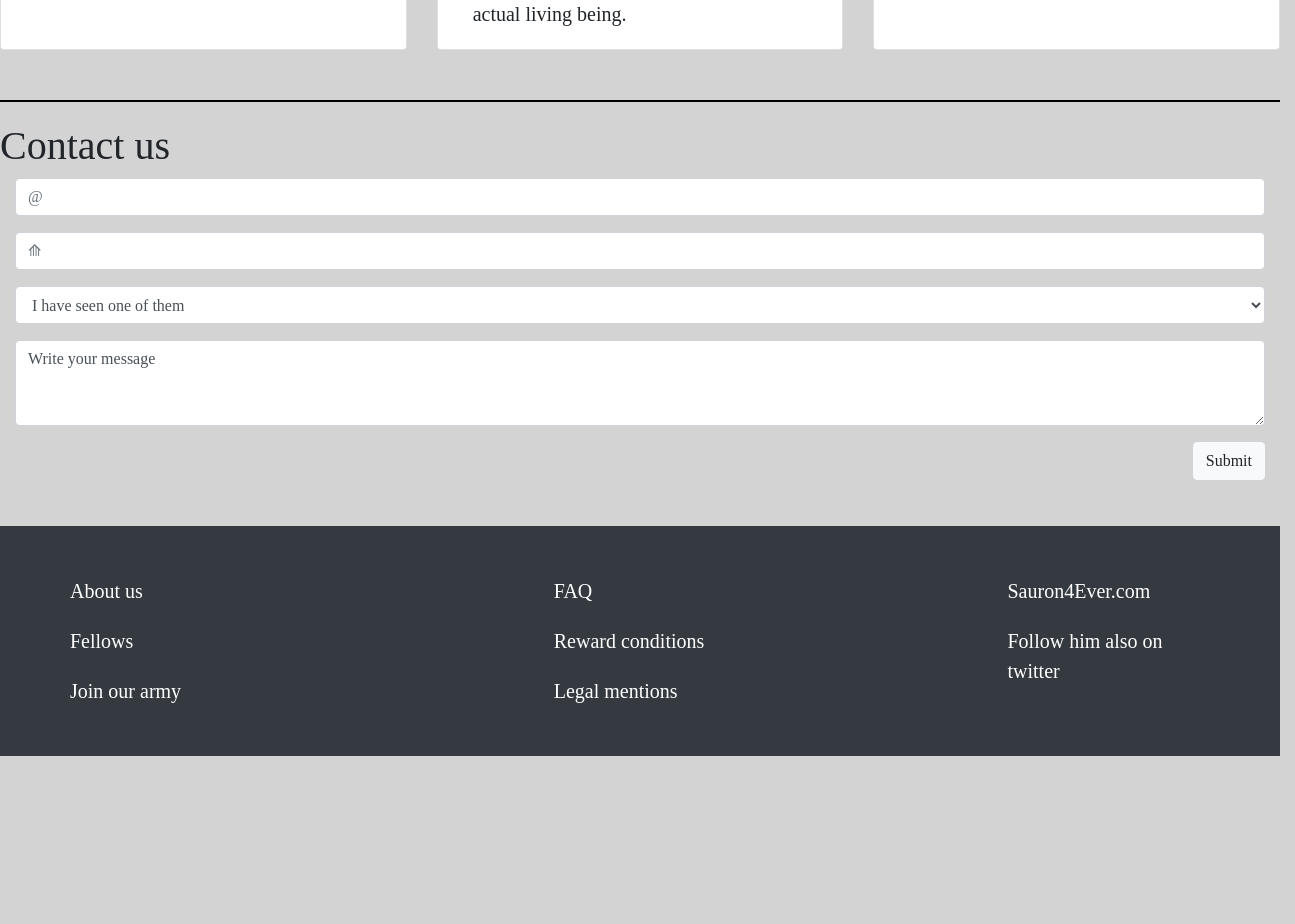
Repository: Khaleddwm/FindThePrecious
Page: index.html
The author's editor kept a copy of each file at every save. The page is drawn from the files as they stood at one save, then again after the next save.
The browser window is 1280 px wide. The page is 1295 px wide, so the pictures cover 1295 px, including what lies to the right of the window. The pictures show the part of the page from y = 1810 to 2734 px (the page is 2734 px tall).
Some web fonts or font styles are not loaded; a fallback is used.

Above is the page before, as saved 2020-05-25 01:01:41.

After the next save:
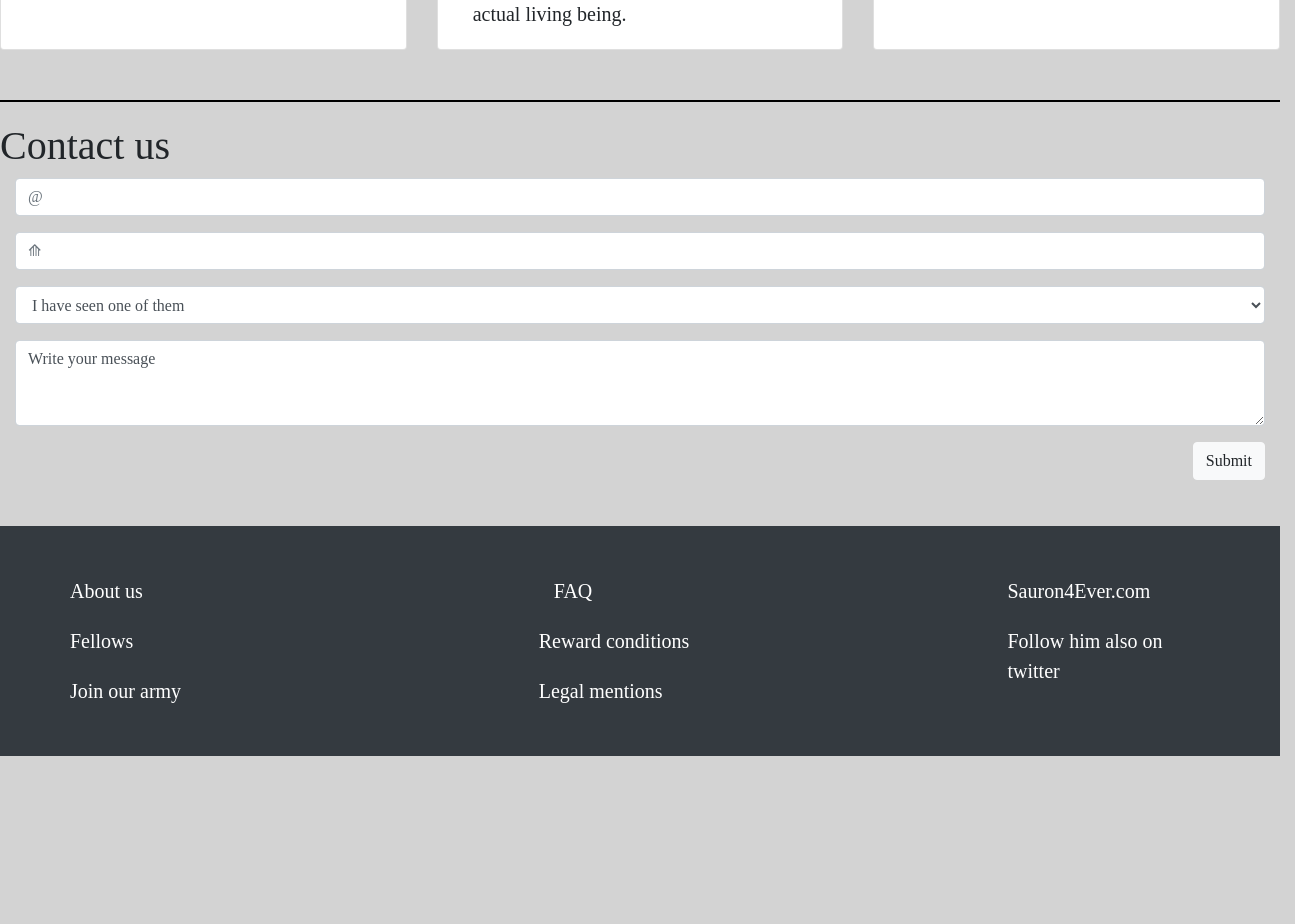
Saved 44 s later.
--- a/index.html
+++ b/index.html
@@ -141,8 +141,8 @@
                     </ul>
                 </div>
                 <div class=" col-xl-3">
-                    <ul class="nav-list col-md-12">
-                        <li><a href="#">FAQ</a></li>
+                    <ul class="nav-list">
+                        <li class="col-md-12"><a href="#">FAQ</a></li>
                         <li><a href="#">Reward conditions</a></li>
                         <li><a href="#">Legal mentions</a></li>
                     </ul>
